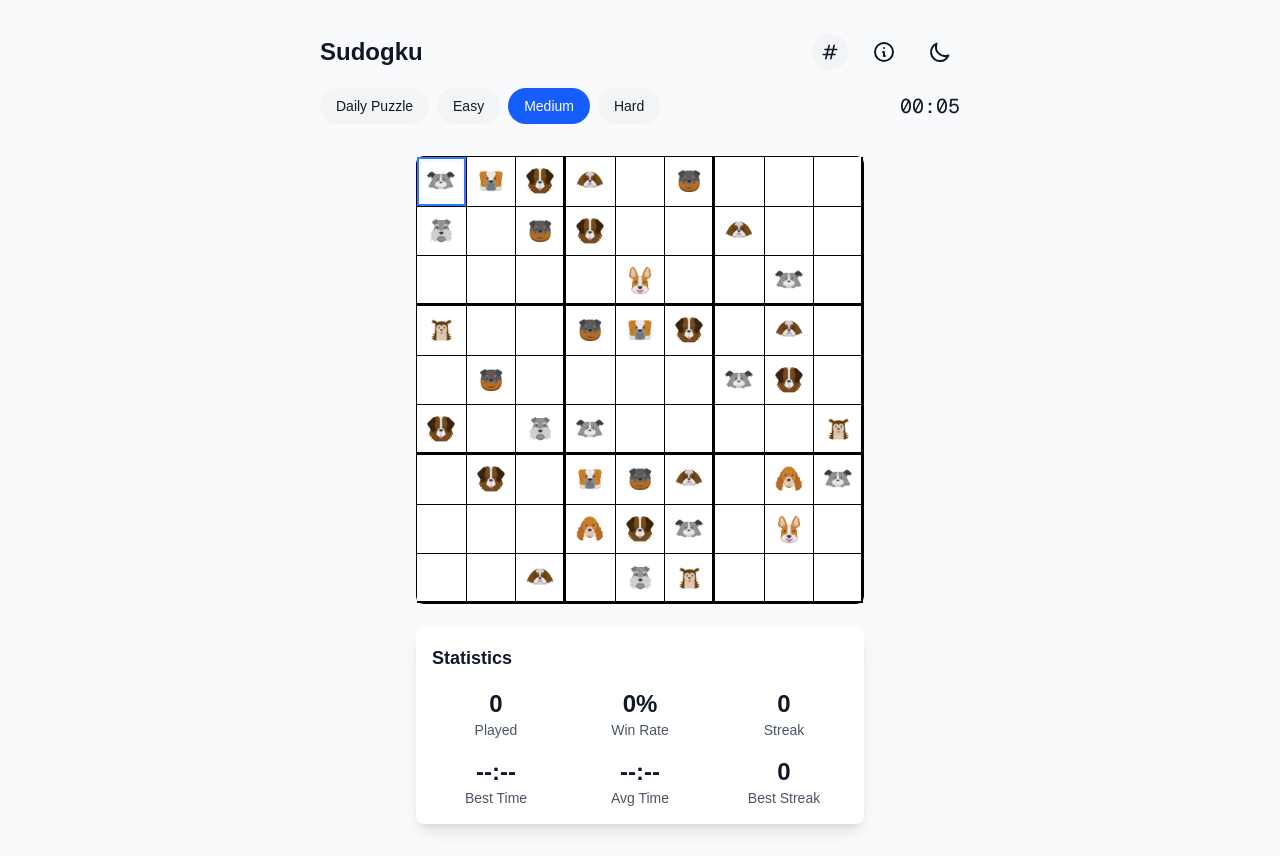
Repository: JavierSilvaF/sudogku
Page: / (app in sudogku-app/), after clicking the first element matching `button.aspect-square`
The author's editor kept a copy of each file at every save. The page is drawn from the files as they stood at one save, then again after a run of saves.
The browser window is 1280 px wide. The pictures show the whole page.
The project was rebuilt for these pictures with package versions that can differ from the ones it lists, and the page was loaded fresh each time. The framework's server and built-in components were replaced by stand-ins that run in the browser. Also part of the build but not shown: sudogku-app/next.config.mjs, sudogku-app/next.config.ts.

Above is the page before, as saved 2025-04-06 02:58:48.

After the next 2 saves:
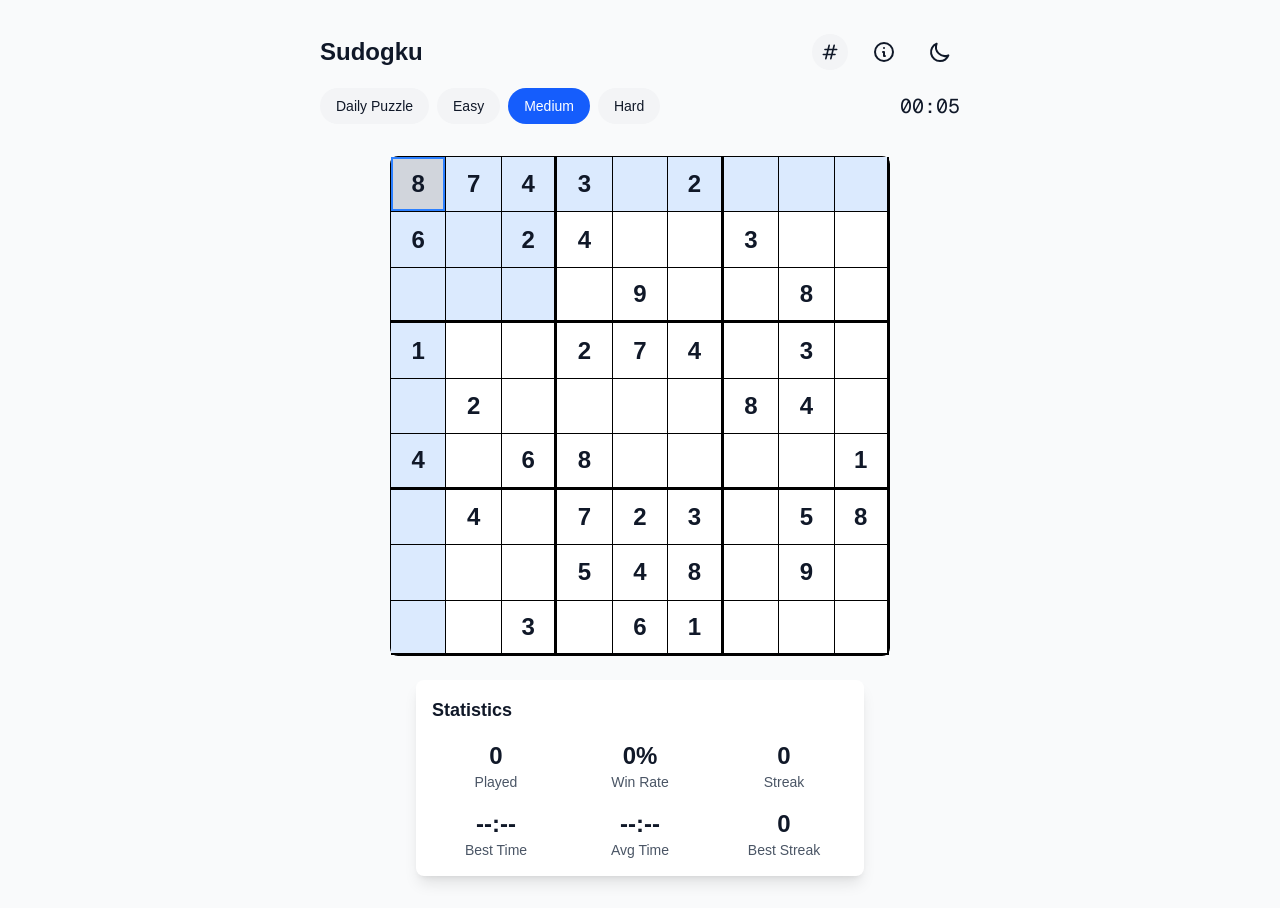
The 2 saves are shown as one change because 1 did not build or start.
The last was saved 19 s later.
--- a/sudogku-app/src/components/GameBoard.tsx
+++ b/sudogku-app/src/components/GameBoard.tsx
@@ -13,6 +13,7 @@ export default function GameBoard() {
     selectedCell,
     setSelectedCell,
     solution,
+    displayMode,
   } = useGame()
   const [isPencilMode, setIsPencilMode] = useState(false)
   const [errors, setErrors] = useState<Set<string>>(new Set())
@@ -118,77 +119,79 @@ export default function GameBoard() {
   const relatedCells = selectedCell ? getRelatedCells(...selectedCell) : []
   const relatedCellsSet = new Set(relatedCells.map(([r, c]) => `${r}-${c}`))
 
+  const handleCellClick = (row: number, col: number) => {
+    setSelectedCell([row, col])
+  }
+
   return (
-    <div className='w-full max-w-md aspect-square'>
-      <div className='grid grid-cols-9 gap-px bg-black dark:bg-black p-px rounded-lg'>
+    <div className='w-full max-w-[500px] mx-auto'>
+      <div className='grid grid-cols-9 gap-[1px] bg-black dark:bg-black p-[1px] rounded-lg'>
         {board.map((row, rowIndex) =>
           row.map((cell, colIndex) => {
             const isSelected =
               selectedCell?.[0] === rowIndex && selectedCell?.[1] === colIndex
-            const isRelated = relatedCellsSet.has(`${rowIndex}-${colIndex}`)
+            const isRelated =
+              selectedCell &&
+              (selectedCell[0] === rowIndex ||
+                selectedCell[1] === colIndex ||
+                (Math.floor(selectedCell[0] / 3) === Math.floor(rowIndex / 3) &&
+                  Math.floor(selectedCell[1] / 3) === Math.floor(colIndex / 3)))
+            const hasPencilMarks =
+              pencilMarks.get(`${rowIndex}-${colIndex}`)?.size > 0
             const hasError = errors.has(`${rowIndex}-${colIndex}`)
 
             return (
               <motion.button
                 key={`${rowIndex}-${colIndex}`}
+                className={`
+                  aspect-square w-full flex items-center justify-center text-2xl font-bold
+                  ${
+                    isSelected
+                      ? 'bg-gray-300 dark:bg-gray-500 border-2 border-blue-500'
+                      : ''
+                  }
+                  ${
+                    isRelated && !isSelected
+                      ? 'bg-blue-100 dark:bg-blue-900'
+                      : ''
+                  }
+                  ${
+                    !isSelected && !isRelated ? 'bg-white dark:bg-gray-800' : ''
+                  }
+                  ${
+                    colIndex % 3 === 2
+                      ? 'border-r-2 border-black dark:border-white'
+                      : ''
+                  }
+                  ${
+                    rowIndex % 3 === 2
+                      ? 'border-b-2 border-black dark:border-white'
+                      : ''
+                  }
+                  ${hasError ? 'text-red-500 dark:text-red-400' : ''}
+                `}
+                onClick={() => handleCellClick(rowIndex, colIndex)}
                 whileTap={{ scale: 0.95 }}
-                className={`
-                  aspect-square flex items-center justify-center relative
-                  bg-white dark:bg-gray-800
-                  text-2xl font-bold
-                  ${
-                    initialBoard[rowIndex][colIndex]
-                      ? 'text-gray-900 dark:text-gray-100'
-                      : 'text-blue-600 dark:text-blue-400'
-                  }
-                  ${
-                    isSelected
-                      ? 'bg-gray-300 dark:bg-gray-500 shadow-inner border-2 border-blue-500'
-                      : isRelated
-                      ? 'bg-blue-50/50 dark:bg-blue-900/30'
-                      : ''
-                  }
-                  ${hasError ? 'text-red-500 dark:text-red-400' : ''}
-                  ${
-                    (rowIndex + 1) % 3 === 0
-                      ? 'border-b-2 border-black dark:border-white'
-                      : ''
-                  }
-                  ${
-                    (colIndex + 1) % 3 === 0
-                      ? 'border-r-2 border-black dark:border-white'
-                      : ''
-                  }
-                  hover:bg-blue-50 dark:hover:bg-blue-900/50
-                  transition-colors
-                `}
-                onClick={() => setSelectedCell([rowIndex, colIndex])}
               >
-                {cell ? (
-                  <motion.div
-                    initial={{ scale: 0.5 }}
-                    animate={{ scale: 1 }}
-                    transition={{ type: 'spring', stiffness: 300, damping: 20 }}
-                  >
-                    <DogImage number={cell} size={30} />
-                  </motion.div>
-                ) : (
-                  ''
-                )}
-                {!cell && pencilMarks.get(`${rowIndex}-${colIndex}`) && (
-                  <div className='grid grid-cols-3 gap-px text-xs absolute inset-0 p-1'>
+                {cell !== null ? (
+                  displayMode === 'dogs' ? (
+                    <DogImage number={cell} />
+                  ) : (
+                    <span>{cell}</span>
+                  )
+                ) : hasPencilMarks ? (
+                  <div className='grid grid-cols-3 gap-0.5 w-full h-full text-xs'>
                     {[1, 2, 3, 4, 5, 6, 7, 8, 9].map((num) => (
-                      <span
+                      <div
                         key={num}
-                        className='flex items-center justify-center text-gray-500 dark:text-gray-400'
+                        className='flex items-center justify-center'
                       >
-                        {pencilMarks.get(`${rowIndex}-${colIndex}`)?.has(num)
-                          ? num
-                          : ''}
-                      </span>
+                        {pencilMarks.get(`${rowIndex}-${colIndex}`)?.has(num) &&
+                          num}
+                      </div>
                     ))}
                   </div>
-                )}
+                ) : null}
               </motion.button>
             )
           })
